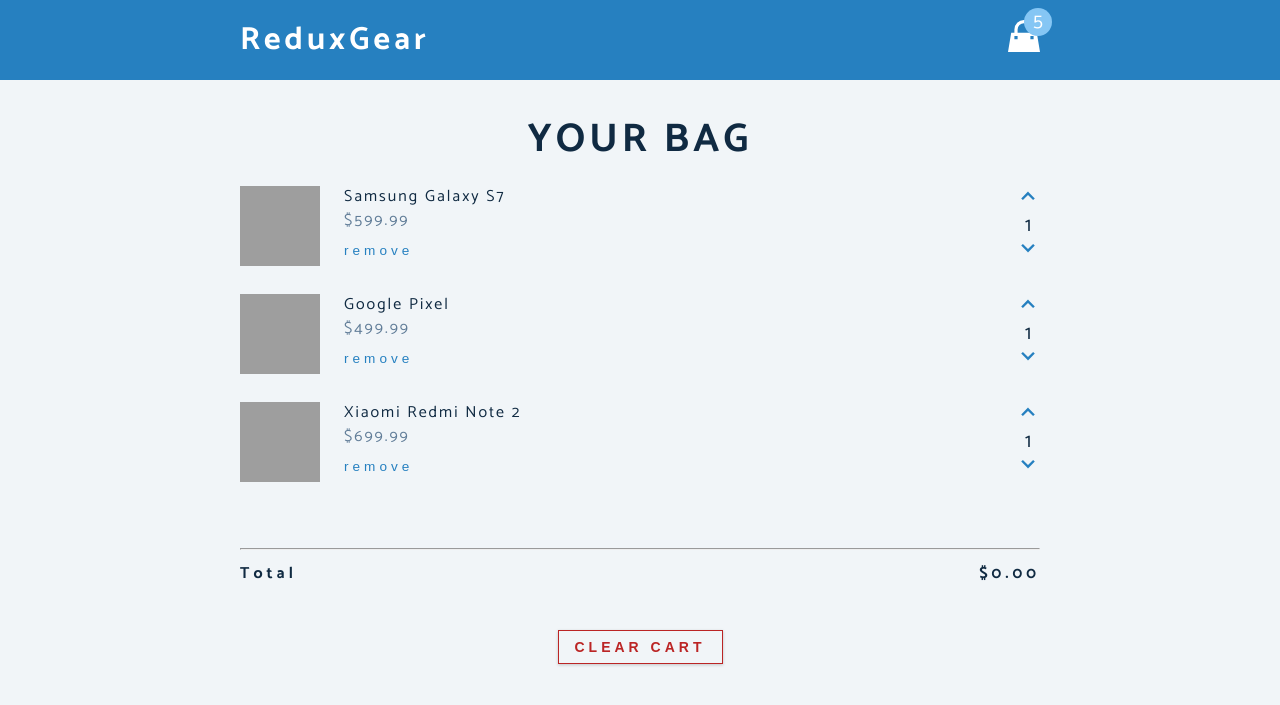
Repository: akinsikuoluwafemi/redux-cart
Page: /
An editor plug-in stored every save of this project. The page is shown before and after the next save, followed by the edit.
The browser window is 1280 px wide. The pictures show the whole page.
Pictures or frames that could not be fetched are drawn as grey boxes. The project was rebuilt for these pictures with package versions that can differ from the ones it lists, and the page was loaded fresh each time.

Above is the page before, as saved 2021-01-31 16:58:47.

After the next save:
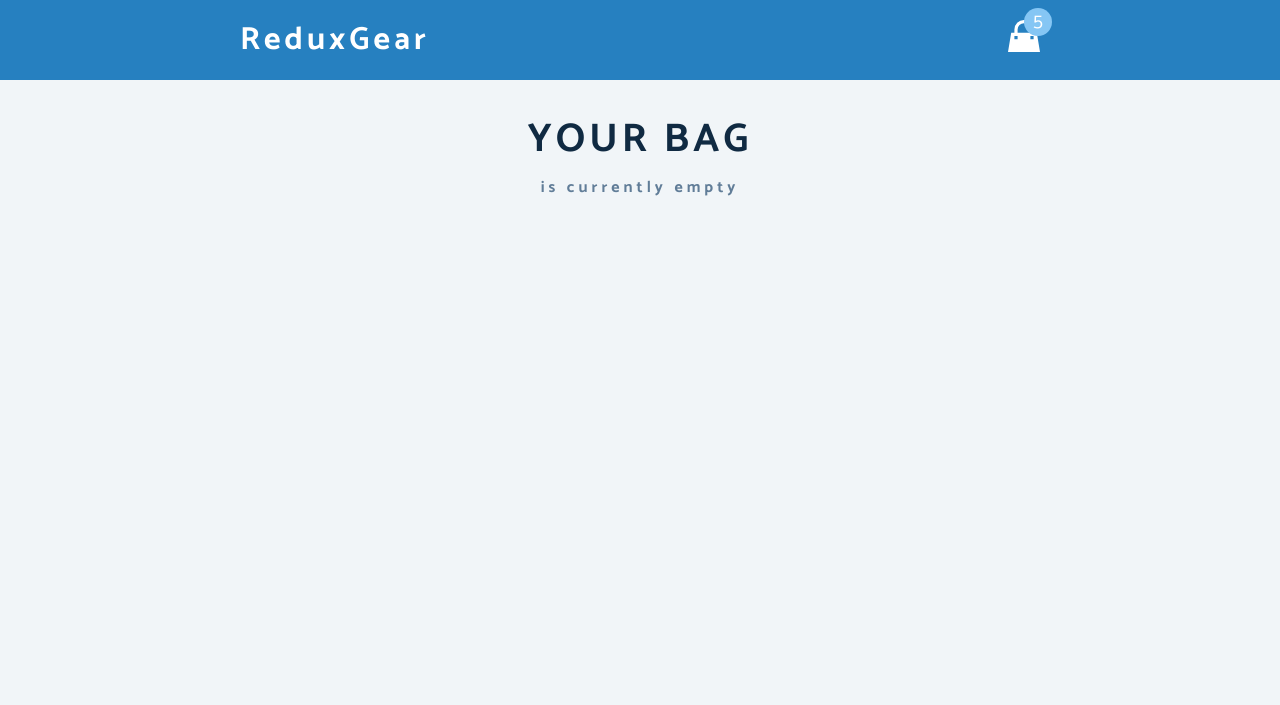
Saved 57 min 2 s later.
--- a/src/App.js
+++ b/src/App.js
@@ -30,7 +30,7 @@
   return (
     <Provider store={store}>
       <Navbar  />
-      <CartContainer cart={cartItems} />
+      <CartContainer  />
     </Provider>
   );
 }
